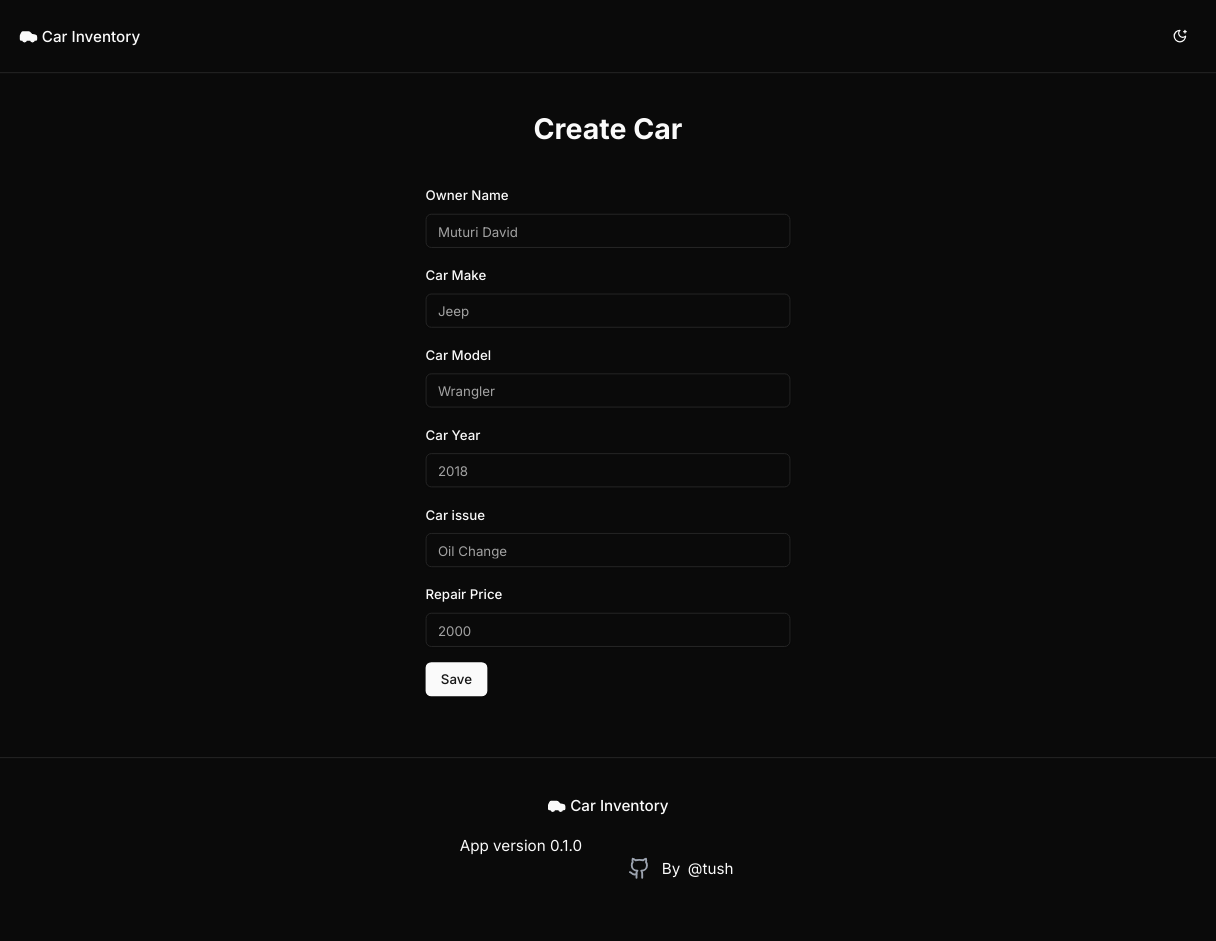
Repository: tushcmd/car-inventory
Page: /create (app in frontend/)
These files come from the project's save history. The page is drawn as it stood at one moment and after the next save; the edit follows.
The browser window is 1280 px wide. The pictures show the whole page, at 95% of full size.
The project was rebuilt for these pictures with package versions that can differ from the ones it lists, and the page was loaded fresh each time. The framework's server and built-in components were replaced by stand-ins that run in the browser. Also part of the build but not shown: frontend/next.config.mjs.

Above is the page before, as saved 2024-05-26 00:19:31.

After the next save:
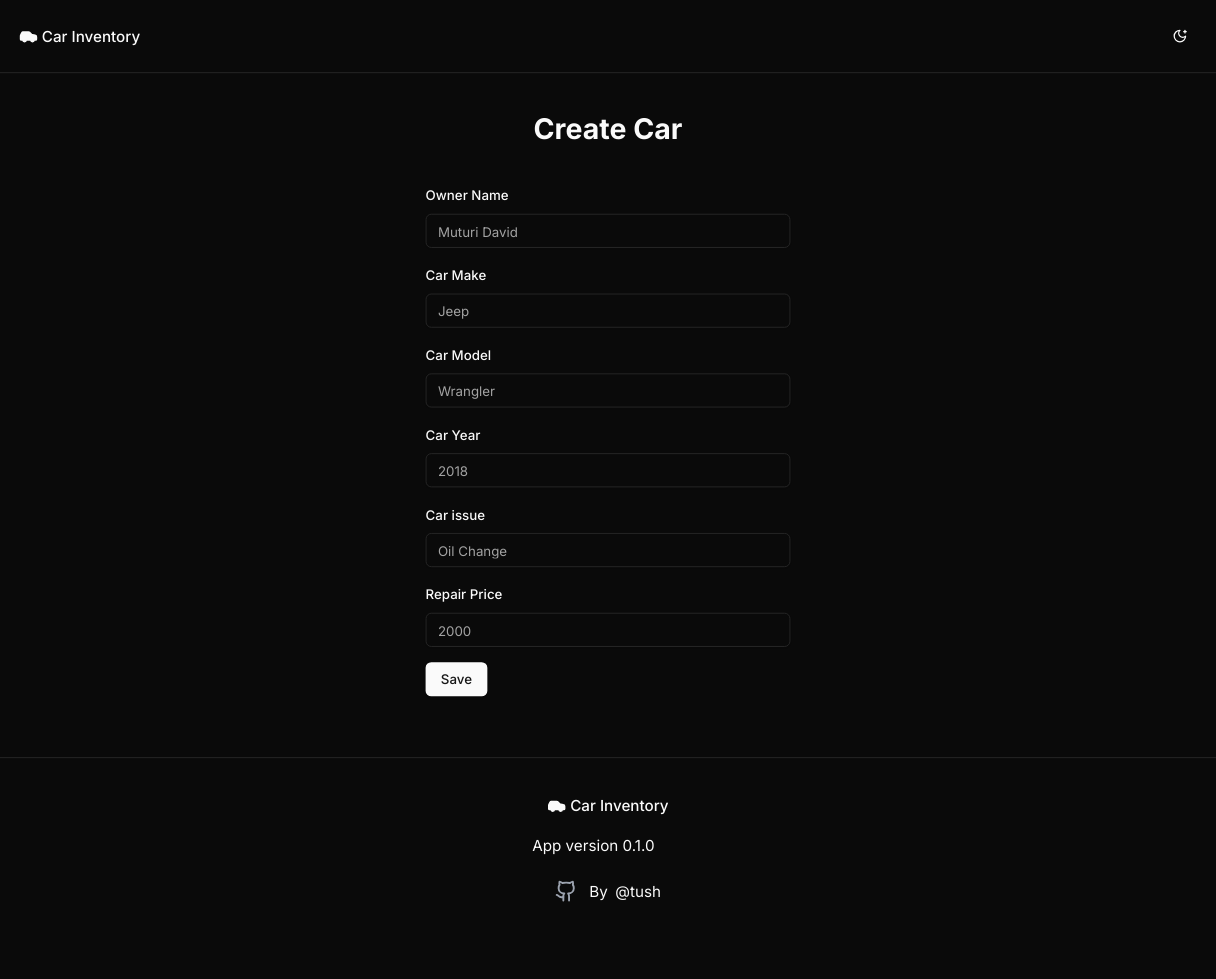
Saved 62 s later.
--- a/frontend/components/shared/Footer.tsx
+++ b/frontend/components/shared/Footer.tsx
@@ -8,7 +8,7 @@ const Footer: FC = () => {
     <footer className='border-t'>
       <div className='layout-container flex flex-col gap-5 items-center  justify-center py-10'>
         <Logo />
-        <div className='inline-flex gap-6'>
+        <div className='flex flex-col pb-4'>
           <p>App version 0.1.0</p>
           <div className='inline-flex p-6 max-w-3xl gap-3 items-center text-center'>
             <div>
